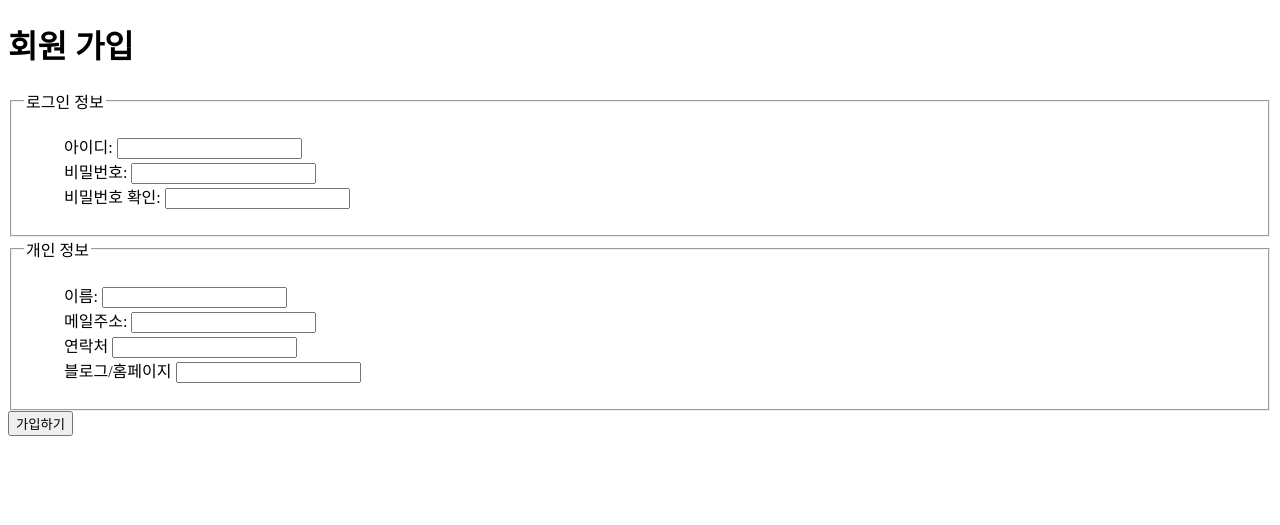
Repository: ygs3004/StudyHTML_CSS
Page: web project 01/src/main/webapp/chapter05/exam05_05_02.html
The author's editor kept a copy of each file at every save. The page is drawn from the files as they stood at one save, then again after the next save.
The browser window is 1280 px wide. The pictures show the whole page.

Above is the page before, as saved 2022-08-05 02:59:13.

### web project 01/src/main/webapp/chapter05/exam05_05_02.html
<!DOCTYPE html>
<html>
<head>
<meta charset="UTF-8">
<title>Insert title here</title>
<style type = "text/css">
	ul{
		list-style:none; /* 리스트 번호매김 사라짐 */
	}

	li{
		margin :
	}
</style>
</head>
<body>
	<h1>회원 가입</h1>
	<form action="">
		<!-- <fieldset style="width:450px"> -->
		<fieldset>
		<legend>로그인 정보</legend>
			<ul>
			<li><label for="user_id">아이디:</label>
				<input type ="text" id="id">
				</li>
			<li><label for="pwd1">비밀번호:</label>
				 <input type="password" id="pwd1">
				</li>
			<li><label for="pwd2">비밀번호 확인:</label>
			<input type="password" id="pwd2">
				</li>
			</ul>
		</fieldset>

		<fieldset>
		<legend>개인 정보</legend>
			<ul>
			<li><label for="user_name">이름:</label>
				<input type ="text" name="user_name">
				</li>
			<li><label for="mail">메일주소:</label>
				<input type="text" id="mail">
				</li>
			<li><label for="phone">연락처</label>
				<input type="tel" id="phone">
				</li>
			<li><label for="homeP">블로그/홈페이지</label>
				<input type="urL" id="homeP">
				</li>
		</ul>
		</fieldset>
		<input type="submit" value="가입하기">
	</form>
</body>
</html>

After the next save:
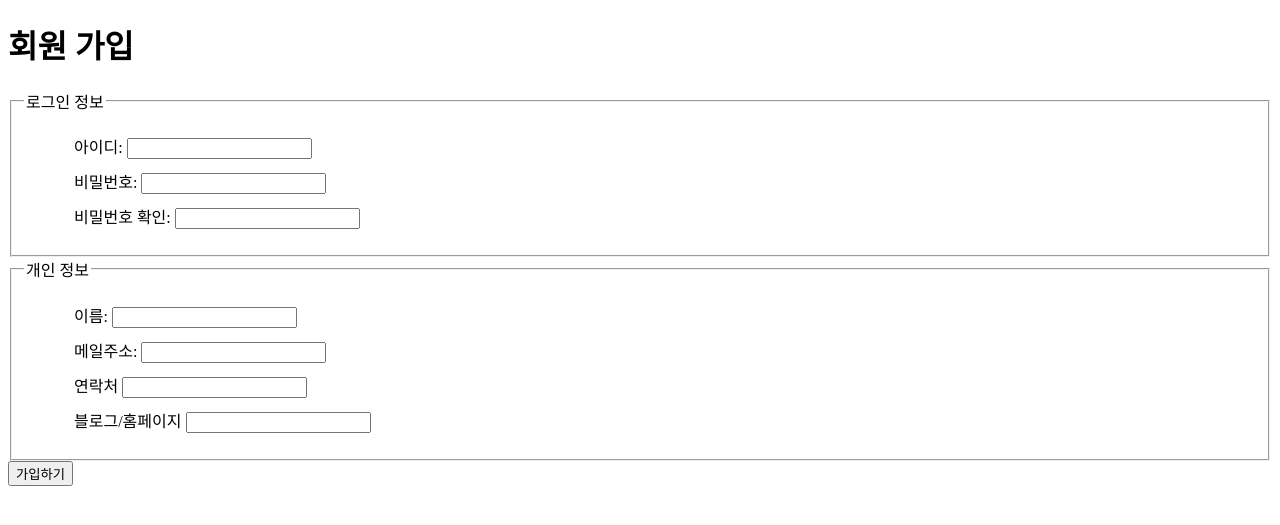
Saved 106 s later.
--- a/web project 01/src/main/webapp/chapter05/exam05_05_02.html
+++ b/web project 01/src/main/webapp/chapter05/exam05_05_02.html
@@ -9,7 +9,7 @@
 	}
 
 	li{
-		margin :
+		margin : 10px;  /* 위 아래 좌 우 전부 여백이 적용  */
 	}
 </style>
 </head>
